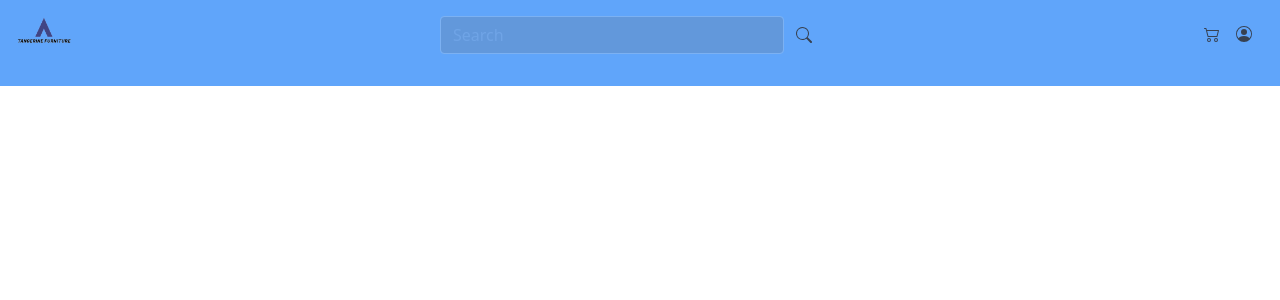
Repository: DevLaukey/Jitu-final
Page: / (app in frontend/)
An editor plug-in stored every save of this project. The page is shown before and after the next save, followed by the edit.
The browser window is 1280 px wide. The pictures show the whole page.
The project was rebuilt for these pictures with package versions that can differ from the ones it lists, and the page was loaded fresh each time.

Above is the page before, as saved 2022-07-13 13:24:51.

After the next save:
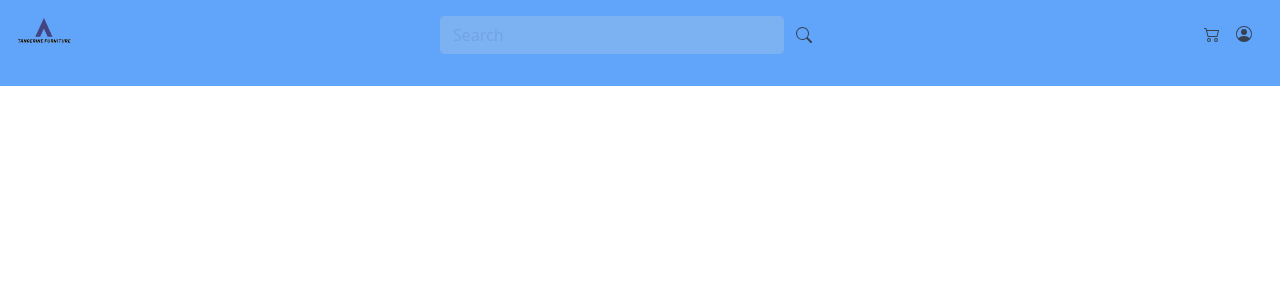
Saved 13 s later.
--- a/frontend/src/components/Navbar.js
+++ b/frontend/src/components/Navbar.js
@@ -20,7 +20,7 @@ function Navbar() {
           <div class="input-group relative flex  items-stretch w-full mb-4 rounded">
             <input
               type="search"
-              class="form-control relative flex-auto min-w-0 block w-full px-3 py-1.5 text-base font-normal  bg-gray-500 bg-clip-padding border border-solid border-gray-300 rounded transition ease-in-out m-0 focus:text-gray-700 focus:bg-white focus:border-blue-600 focus:outline-none opacity-25"
+              class="form-control relative flex-auto min-w-0 block w-full px-3 py-1.5 text-base font-normal  bg-gray-300 bg-clip-padding border border-solid border-gray-300 rounded transition ease-in-out m-0 focus:text-gray-700 focus:bg-white focus:border-blue-600 focus:outline-none opacity-25"
               placeholder="Search"
               aria-label="Search"
               aria-describedby="button-addon2"
